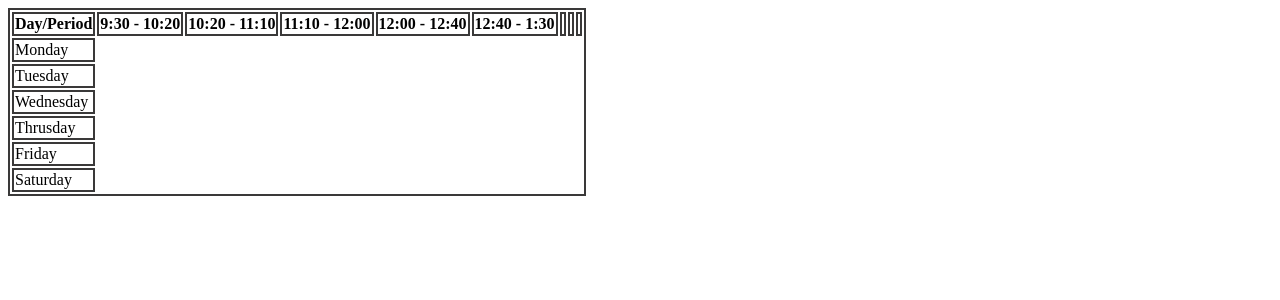
Repository: nir-github01/Html
Page: assign1-table.html
These files come from the project's save history. The page is drawn as it stood at one moment and after the next save; the edit follows.
The browser window is 1280 px wide. The pictures show the whole page.

Above is the page before, as saved 2022-09-20 20:04:38.

### assign1-table.html
<!DOCTYPE html>
<html lang="en">
<head>
    <meta charset="UTF-8">
    <meta http-equiv="X-UA-Compatible" content="IE=edge">
    <meta name="viewport" content="width=device-width, initial-scale=1.0">
    <title>Time-table</title>
    <style>
        table, th, td{
            border: 2px solid rgb(58, 57, 57);
        }
    </style>
</head>
<body>
    <table>
        <thead>
            <tr>
        <th>Day/Period</th>
        <th>9:30 - 10:20</th>
        <th>10:20 - 11:10</th>
        <th>11:10 - 12:00</th>
        <th>12:00 - 12:40</th>
        <th>12:40 - 1:30</th>
        <th></th>
        <th></th>
        <th></th>
    </tr>
        </thead>
        <tbody>

            <tr>
                <td>Monday</td>
            </tr>
            <tr>
                <td>Tuesday</td>
            </tr>
            <tr>
                <td>Wednesday</td>
            </tr>
            <tr>
                <td>Thrusday</td>
            </tr>
            <tr>
                <td>Friday</td>
            </tr>
            <tr>
                <td>Saturday</td>
            </tr>

        </tbody>

    </table>
</body>
</html>

After the next save:
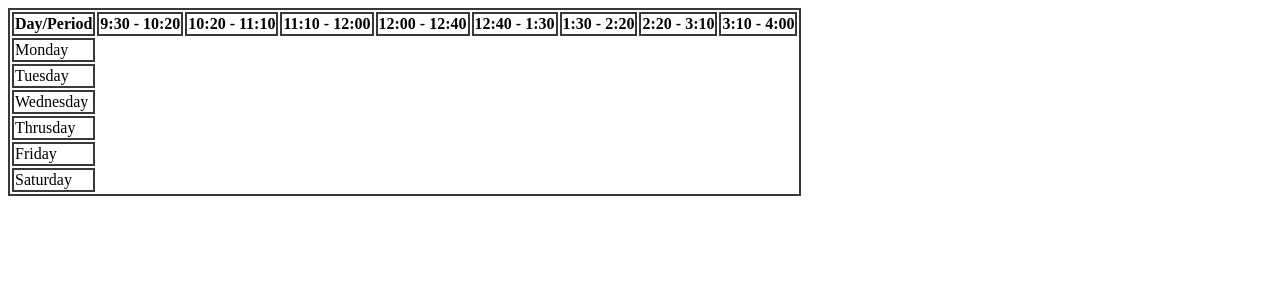
Saved 59 s later.
--- a/assign1-table.html
+++ b/assign1-table.html
@@ -21,9 +21,9 @@
         <th>11:10 - 12:00</th>
         <th>12:00 - 12:40</th>
         <th>12:40 - 1:30</th>
-        <th></th>
-        <th></th>
-        <th></th>
+        <th>1:30 - 2:20</th>
+        <th>2:20 - 3:10</th>
+        <th>3:10 - 4:00</th>
     </tr>
         </thead>
         <tbody>
